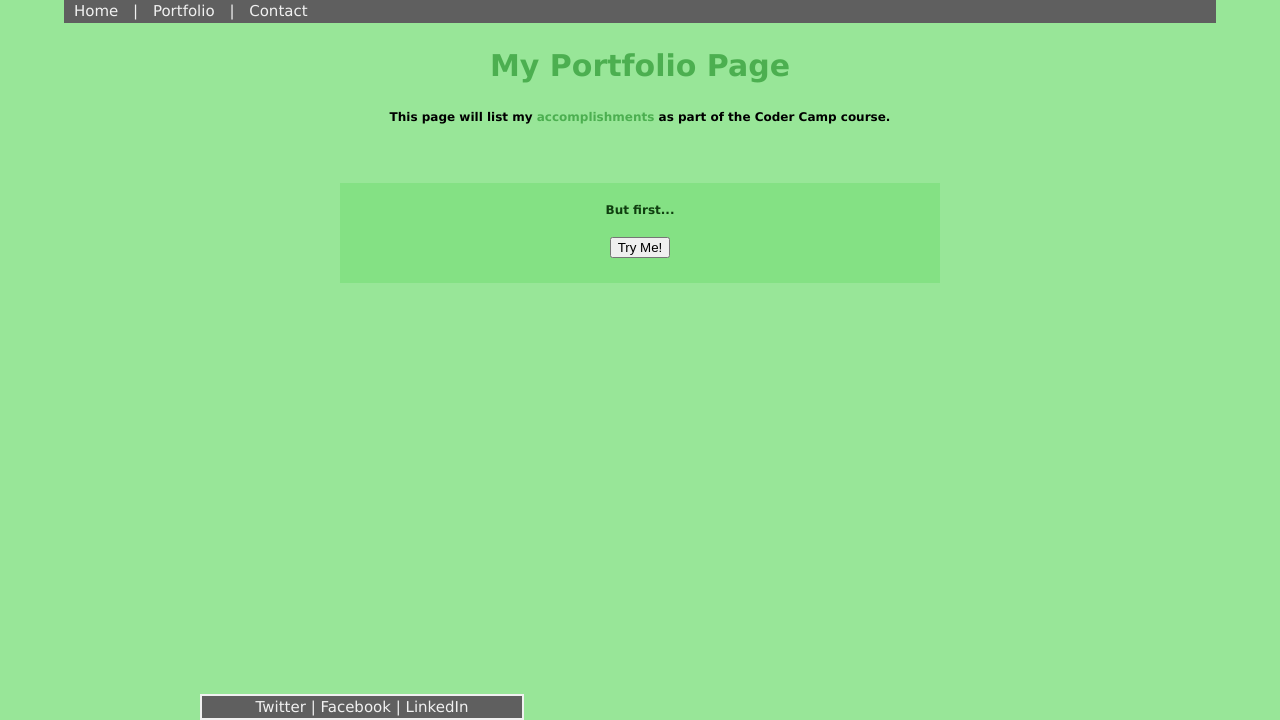
Repository: ischicagoisnotchicago/is-chicago
Page: http://localhost/CC_Personal_Website/portfolio.html
These files come from the project's save history. The page is drawn as it stood at one moment and after the next save; the edit follows.
The browser window is 1280 px wide. The pictures show the whole page.
The page is served by Tomcat 9.

Above is the page before, as saved 2017-05-25 23:14:08.

After the next save:
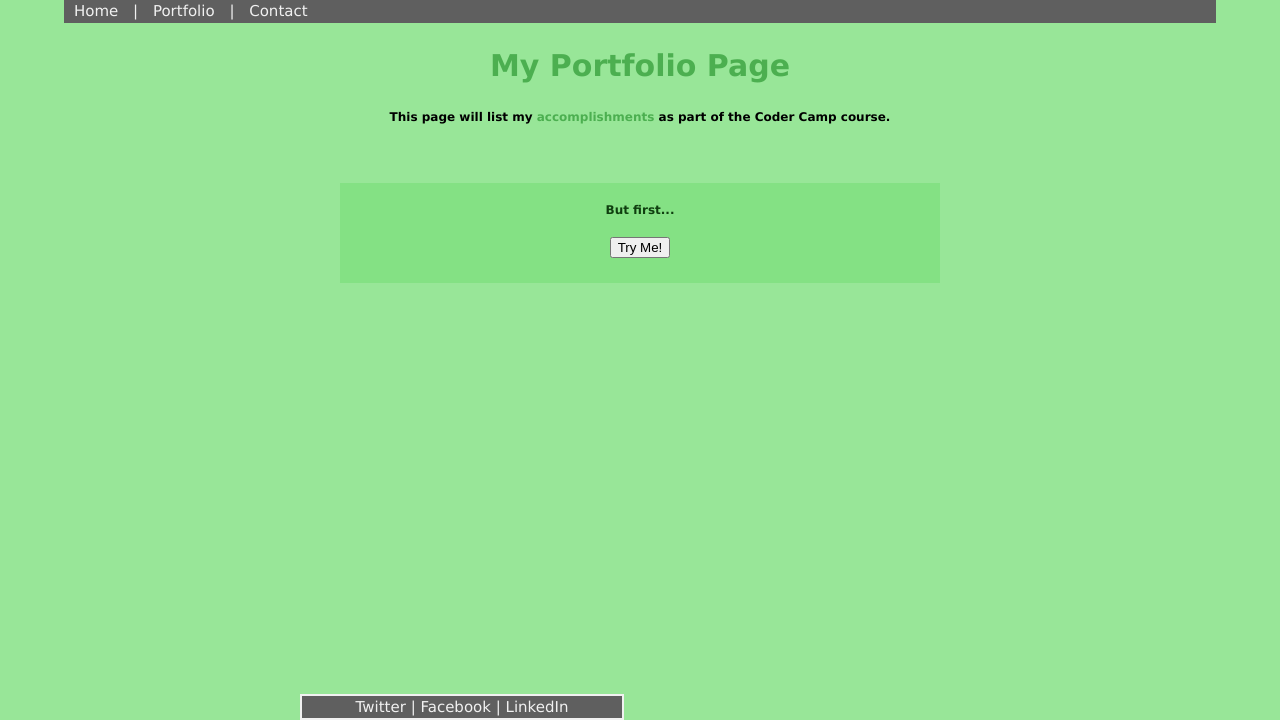
Saved 22 s later.
--- a/CC Personal Website/WebContent/style.css
+++ b/CC Personal Website/WebContent/style.css
@@ -223,7 +223,7 @@ dd {
 /* Required! Footer needs to be stuck to the bottom of the page. */
 footer {
   position: fixed;
-  left: 200px;
+  left: 300px;
   bottom: 0;
   width: 25%;
   color: #f1f1f1;
